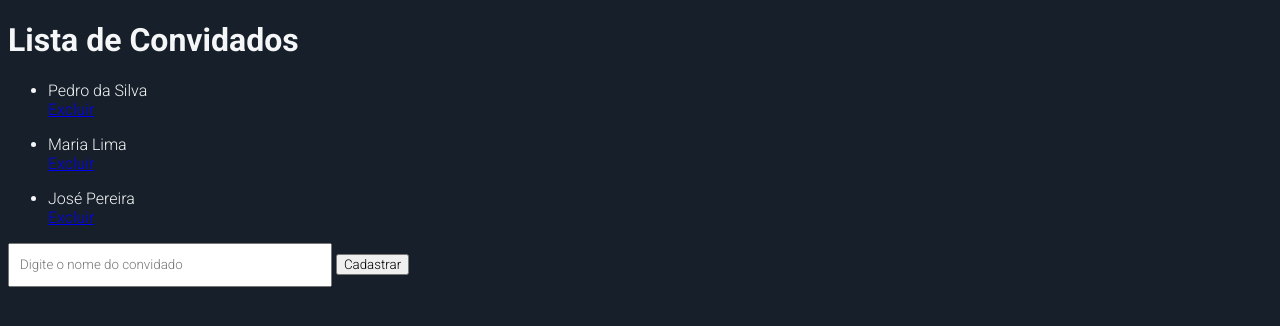
Repository: andrevff/lista-de-convidados
Page: index.html
An editor plug-in stored every save of this project. The page is shown before and after the next save, followed by the edit.
The browser window is 1280 px wide. The pictures show the whole page.

Above is the page before, as saved 2022-11-29 17:27:22.

### index.html
<!DOCTYPE html>
<html lang="pt-br">
<head>
    <meta charset="UTF-8">
    <meta http-equiv="X-UA-Compatible" content="IE=edge">
    <meta name="viewport" content="width=device-width, initial-scale=1.0">
    <link rel="stylesheet" type="text/css" href="assets/css/styles.css">
    <title>Lista de Convidados</title>
</head>
<body>
    <div id="app">
        <h1>Lista de Convidados</h1>
        <ul>
            <li>Pedro da Silva</li>
            <a href="#">Excluir</a>
        </ul>
        <ul>
            <li>Maria Lima</li>
            <a href="#">Excluir</a>
        </ul>
        <ul>
            <li>José Pereira</li>
            <a href="#">Excluir</a>
        </ul>

        <input type="text" name="" placeholder="Digite o nome do convidado" id="">
        <button>Cadastrar</button>

    </div>
    <script src="assets/js/scripts.js" type="text/javascript"></script>
</body>
</html>

### assets/css/styles.css
@import url('https://fonts.googleapis.com/css2?family=Roboto:wght@300;700&display=swap');

* {
    font-family: 'Roboto', sans-serif;
}

body {
    background-color: #17202A;
    color: #F4F6F7;
}

h1 {
    font-weigth: 700;
}

input {
    width: 300px;
    height: 20px;
    padding: 10px;
    font-size: 40
}

Loaded but not shown: assets/js/scripts.js (no stored copy; drawn as an empty file)

After the next save:
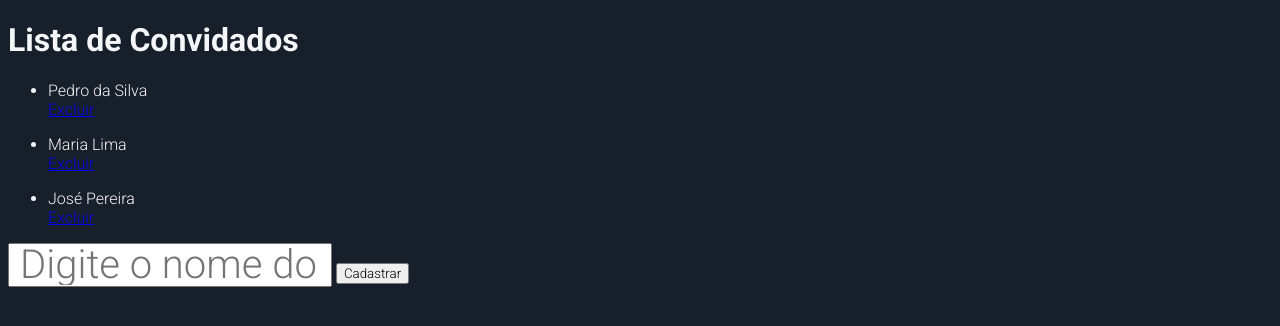
Saved 4 s later.
--- a/assets/css/styles.css
+++ b/assets/css/styles.css
@@ -17,5 +17,5 @@
     width: 300px;
     height: 20px;
     padding: 10px;
-    font-size: 40
+    font-size: 40px;
 }
